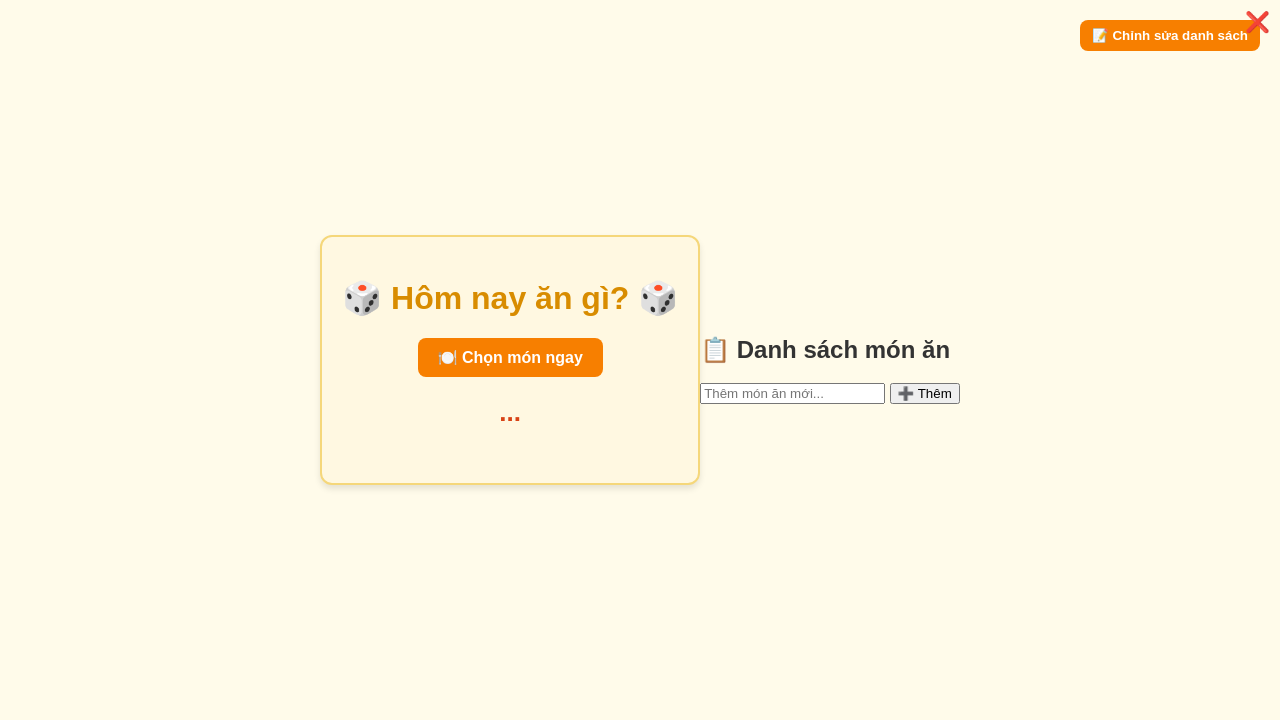
Repository: NT912/What-s-food-today-
Page: index.html
These files come from the project's save history. The page is drawn as it stood at one moment and after the next save; the edit follows.
The browser window is 1280 px wide. The pictures show the whole page.

Above is the page before, as saved 2024-12-17 20:52:30.
Console error: ReferenceError: renderList is not defined

After the next save:
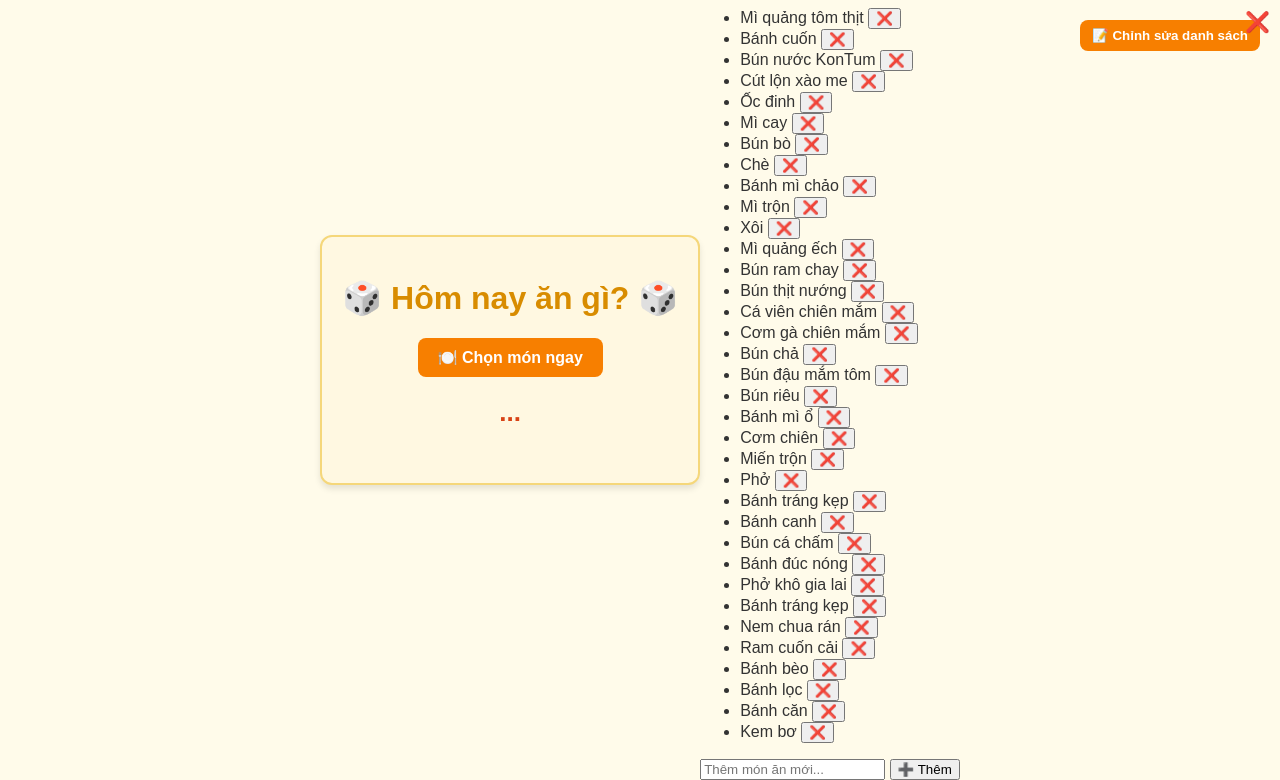
The error is gone.
Saved 75 s later.
--- a/script.js
+++ b/script.js
@@ -51,7 +51,7 @@ function startRandom() {
   setTimeout(() => {
     clearInterval(interval);
     result.textContent = `🍽️ ${foodList[index]}!`;
-    result.style.color = "#f4b400";
+    result.style.color = "#d84315"; // Màu cam đậm
 
     // Hiển thị popup chúc mừng
     showResultPopup(foodList[index]);
@@ -69,7 +69,7 @@ function showResultPopup(food) {
 
   popup.style.display = "flex";
 
-  // Đóng popup khi click ra ngoài
+  // Đóng popup khi click ra ngoài vùng popup
   window.onclick = function (event) {
     if (event.target === popup) {
       closeResultPopup();
@@ -84,7 +84,7 @@ function closeResultPopup() {
 
 function getRandomColor() {
   const colors = [
-    "#f4b400",
+    "#f77f00",
     "#f9844a",
     "#ffcd56",
     "#ffafcc",
@@ -94,6 +94,51 @@ function getRandomColor() {
   return colors[Math.floor(Math.random() * colors.length)];
 }
 
+function renderList() {
+  const list = document.getElementById("foodList");
+  list.innerHTML = "";
+  foodList.forEach((food, index) => {
+    list.innerHTML += `
+            <li>
+                ${food}
+                <button onclick="deleteFood(${index})">❌</button>
+            </li>
+        `;
+  });
+}
+
+function addFood() {
+  const input = document.getElementById("foodInput");
+  const newFood = input.value.trim();
+  if (newFood) {
+    foodList.push(newFood);
+    input.value = "";
+    renderList();
+  }
+}
+
+function deleteFood(index) {
+  foodList.splice(index, 1);
+  renderList();
+}
+
+function openPopup() {
+  const popup = document.getElementById("popup");
+  popup.style.display = "flex";
+
+  // Đóng popup khi click ra ngoài vùng nội dung
+  window.onclick = function (event) {
+    if (event.target === popup) {
+      closePopup();
+    }
+  };
+}
+
+function closePopup() {
+  document.getElementById("popup").style.display = "none";
+  window.onclick = null; // Xóa sự kiện click ra ngoài
+}
+
 window.onload = () => {
   renderList();
 };
